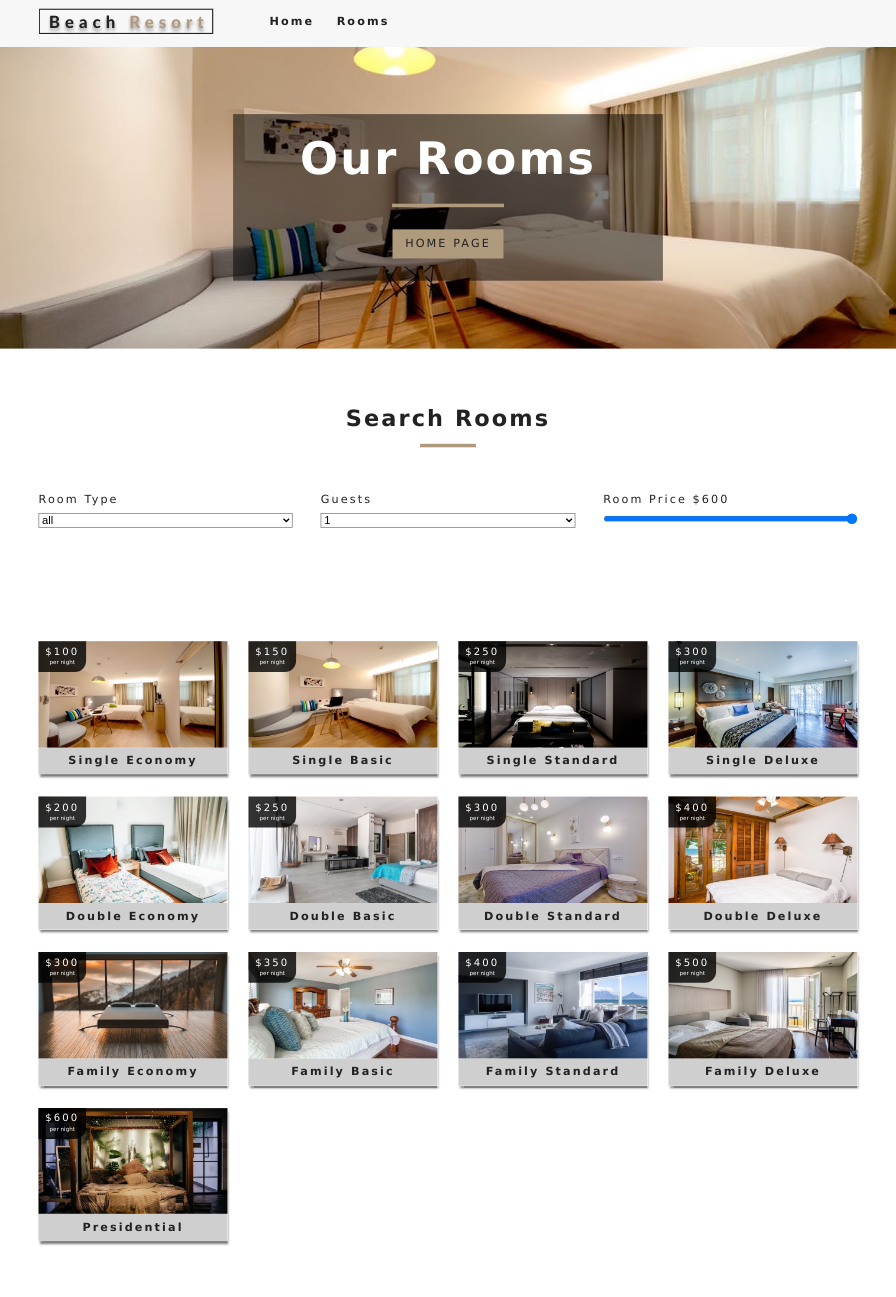
Repository: sanchit01garg/react-beachResort
Page: /rooms
These files come from the project's save history. The page is drawn as it stood at one moment and after the next save; the edit follows.
The browser window is 1280 px wide. The pictures show the whole page, at 70% of full size.
The project was rebuilt for these pictures with package versions that can differ from the ones it lists, and the page was loaded fresh each time. Also part of the build but not shown: src/components/Services.js, src/components/FeaturedRooms.js, src/pages/Home.js, src/pages/Error.js, src/components/StyledHero.js, src/pages/SingleRoom.js.

Above is the page before, as saved 2021-01-08 21:10:09.

After the next save:
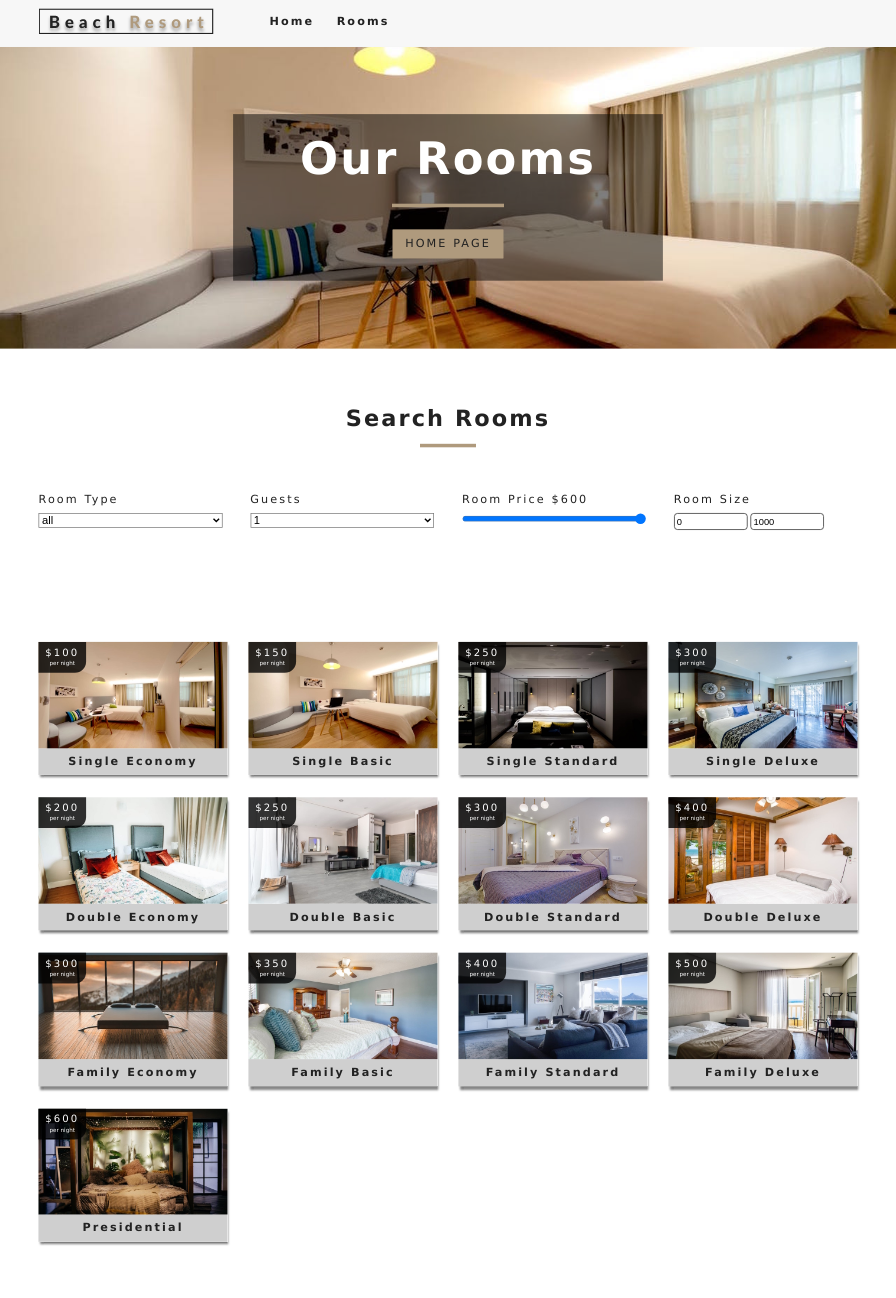
Saved 48 s later.
--- a/src/components/RoomsFilter.js
+++ b/src/components/RoomsFilter.js
@@ -83,6 +83,27 @@ export default function RoomsFilter({ rooms }) {
             className="form-control"
           />
         </div>
+
+        {/* size */}
+        <div className="form-group">
+          <label htmlFor="price">room size </label>
+          <div className="size-inputs">
+            <input
+              type="number"
+              name="minSize"
+              value={minSize}
+              onChange={handleChange}
+              className="size-input"
+            />
+            <input
+              type="number"
+              name="maxSize"
+              value={maxSize}
+              onChange={handleChange}
+              className="size-input"
+            />
+          </div>
+        </div>
       </form>
     </section>
   );
